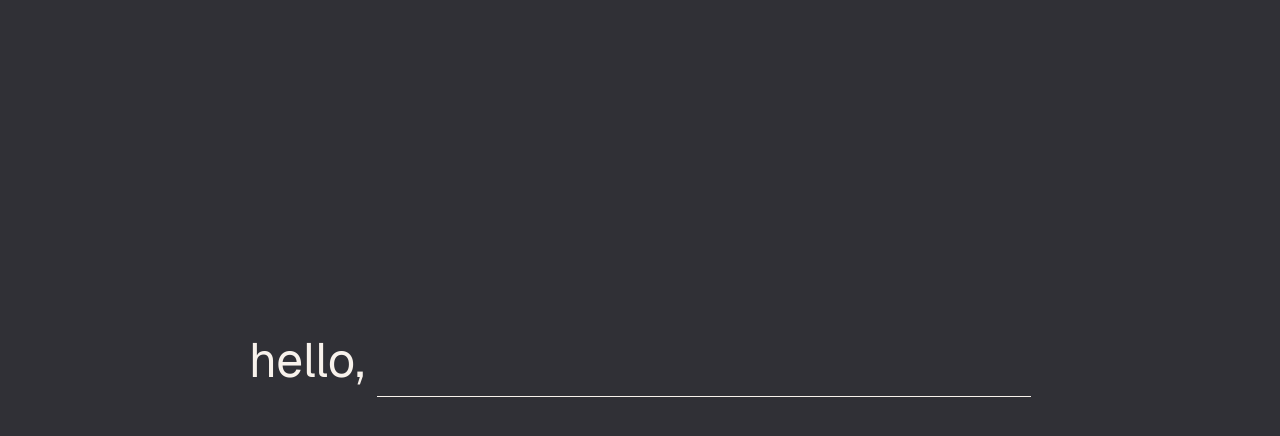
Repository: zhangolivia7/rot-recovery
Page: /
The author's editor kept a copy of each file at every save. The page is drawn from the files as they stood at one save, then again after the next save.
The browser window is 1280 px wide. The pictures show the whole page.
The project was rebuilt for these pictures with package versions that can differ from the ones it lists, and the page was loaded fresh each time. The framework's server and built-in components were replaced by stand-ins that run in the browser. Also part of the build but not shown: next.config.ts.

Above is the page before, as saved 2025-03-15 21:12:35.

### src/app/layout.tsx
import type { Metadata } from "next";
import { Geist, Geist_Mono } from "next/font/google";
import "./globals.css";

const geistSans = Geist({
  variable: "--font-geist-sans",
  subsets: ["latin"],
});

const geistMono = Geist_Mono({
  variable: "--font-geist-mono",
  subsets: ["latin"],
});

export const metadata: Metadata = {
  title: "Rot Recovery",
  description: "it's comeback time.",
};

export default function RootLayout({
  children,
}: Readonly<{
  children: React.ReactNode;
}>) {
  return (
    <html lang="en">
      <body
        className={`${geistSans.variable} ${geistMono.variable} antialiased`}
      >
        {children}
      </body>
    </html>
  );
}

### src/app/page.tsx
import Image from "next/image";

export default function Home() {
  return (
    <div className="grid grid-rows-[20px_1fr_20px] items-center justify-items-center min-h-screen p-8 pb-20 gap-16 sm:p-20 font-[family-name:var(--font-geist-sans)]">
      <main className="flex flex-col gap-[32px] row-start-2 items-center sm:items-start">
        <div>
          <h1>hello, <input type="text" id="helloText"></input></h1>
        </div>
      </main>
    </div>
  );
}

### src/app/globals.css
@import "tailwindcss";

:root {
  --background: #303036;
  --foreground: #F8F2EC;
}

@theme inline {
  --color-background: var(--background);
  --color-foreground: var(--foreground);
  --font-sans: var(--font-geist-sans);
  --font-mono: var(--font-geist-mono);
}

@media (prefers-color-scheme: dark) {
  :root {
    --background: #303036;
    --foreground: #F8F2EC;
  }
}

body {
  background: var(--background);
  color: var(--foreground);
  font-family: Arial, Helvetica, sans-serif;
}

h1 {
  font-size: 3em;
}

h1 input {
  border-bottom: 1px solid var(--foreground);
}

h1 input:focus {
  outline: none;
}

After the next save:
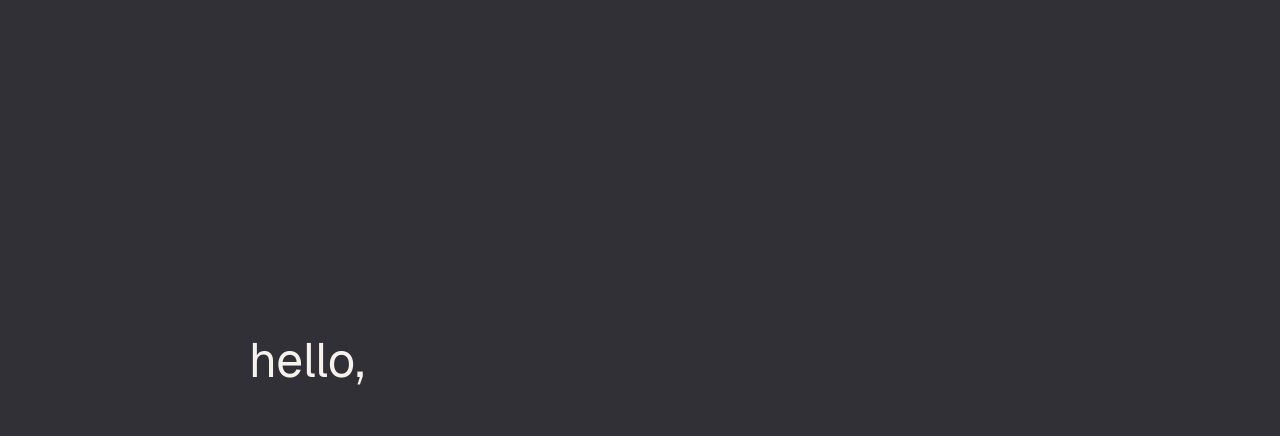
Saved 17 s later.
--- a/src/app/globals.css
+++ b/src/app/globals.css
@@ -29,10 +29,10 @@
   font-size: 3em;
 }
 
-h1 input {
+.helloText {
   border-bottom: 1px solid var(--foreground);
 }
 
-h1 input:focus {
+.helloText:focus {
   outline: none;
 }

After the save that followed:
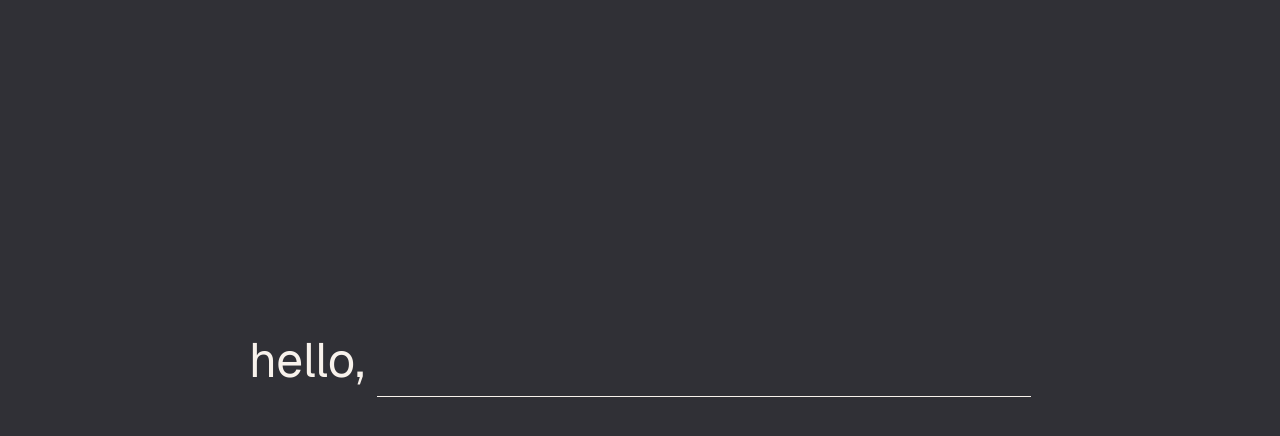
Saved 12 s later.
--- a/src/app/globals.css
+++ b/src/app/globals.css
@@ -29,10 +29,10 @@
   font-size: 3em;
 }
 
-.helloText {
+#helloText {
   border-bottom: 1px solid var(--foreground);
 }
 
-.helloText:focus {
+#helloText:focus {
   outline: none;
 }
